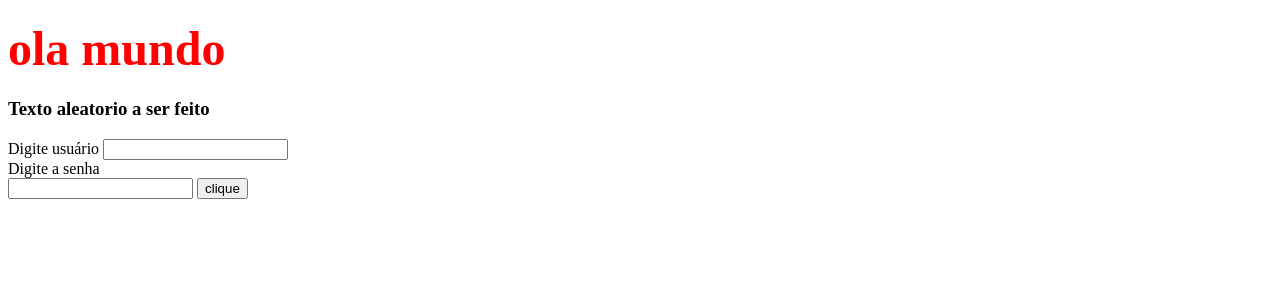
Repository: waanvieira/f21-jdbc-f21-jdbc-exer
Page: curso_java_web1/src/main/webapp/index.html
An editor plug-in stored every save of this project. The page is shown before and after the next save, followed by the edit.
The browser window is 1280 px wide. The pictures show the whole page.

Above is the page before, as saved 2019-02-18 04:00:55.

### curso_java_web1/src/main/webapp/index.html
<!DOCTYPE html>
<html>
<head>
<meta charset="ISO-8859-1">
<title>Welcome to curso</title>
</head>
<body>
<h1><font color="red" size="39px">ola mundo</font></h1>
<h3>Texto aleatorio a ser feito</h3>
<form method="post" action="html2.html">
<label>Digite usuário</label>
<input type="text" name=variavel id=variavel>
<br><label>Digite a senha</label>
<br><input type="password" name=senha id=senha>
<input type="button" value=clique aqui>
</form>
</body>
</html>

After the next save:
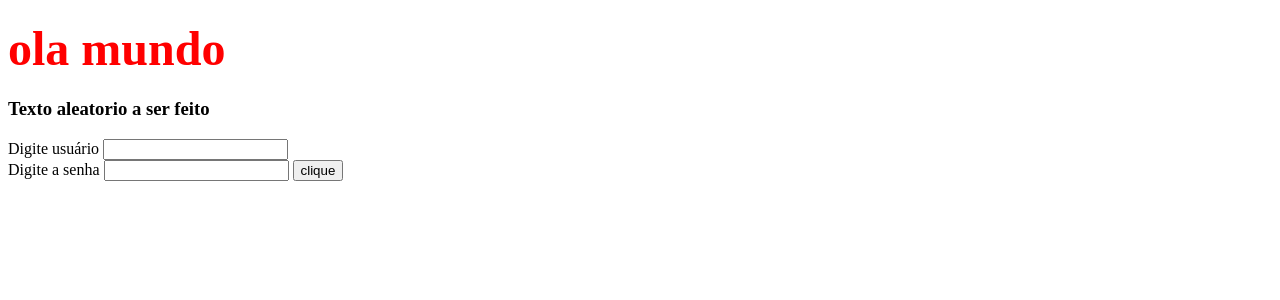
Saved 20 s later.
--- a/curso_java_web1/src/main/webapp/index.html
+++ b/curso_java_web1/src/main/webapp/index.html
@@ -11,7 +11,7 @@
 <label>Digite usuário</label>
 <input type="text" name=variavel id=variavel>
 <br><label>Digite a senha</label>
-<br><input type="password" name=senha id=senha>
+<input type="password" name=senha id=senha>
 <input type="button" value=clique aqui>
 </form>
 </body>
